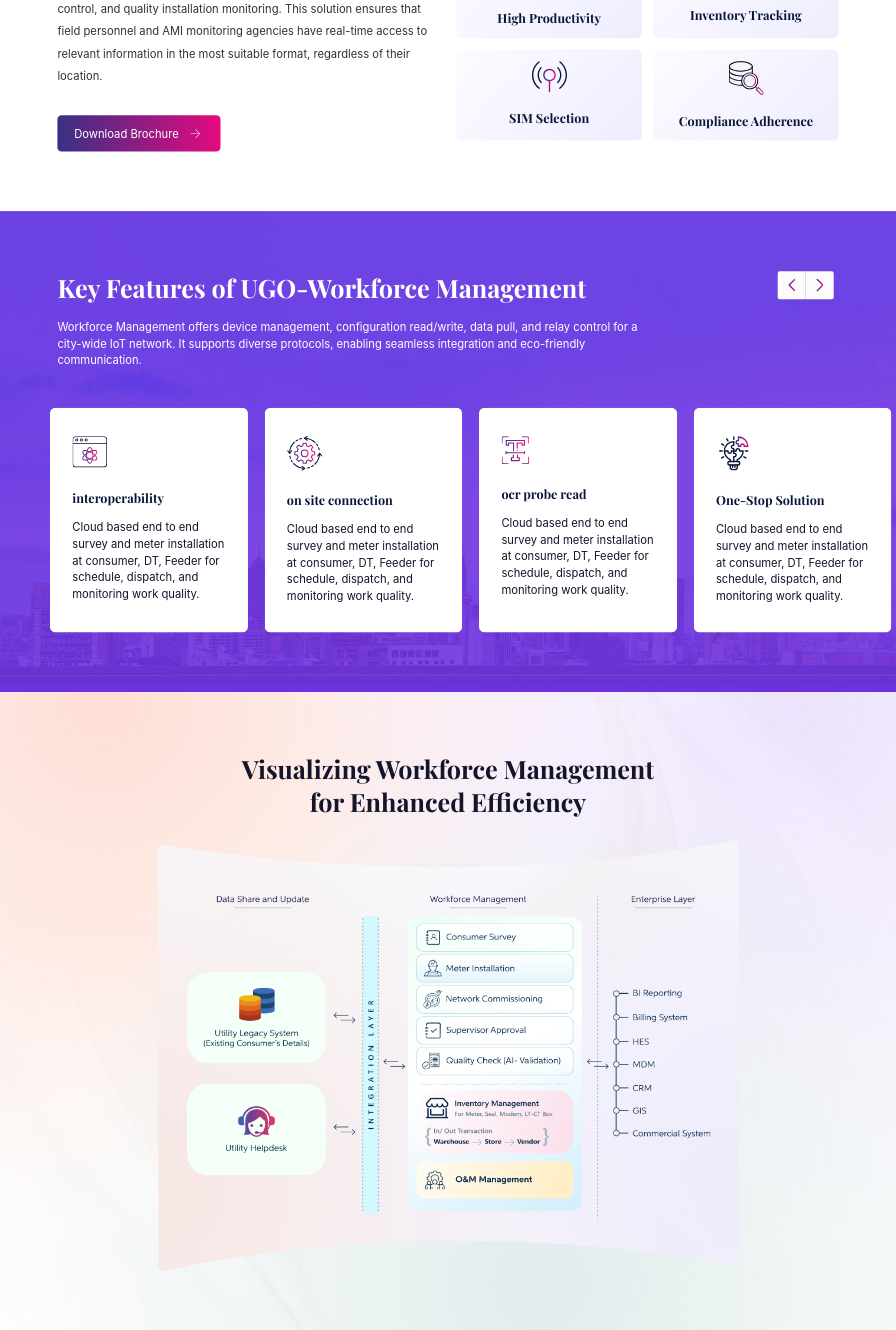
Repository: mangalravi/inventive
Page: WFM-Detail-Page.html
These files come from the project's save history. The page is drawn as it stood at one moment and after a run of saves; the edit follows.
The browser window is 1280 px wide. The pictures show the part of the page from y = 892 to 2812 px (the page is 2792 px tall before and 2812 px after), at 70% of full size.
Some web fonts or font styles are not loaded; a fallback is used. The style sheet was rebuilt from its Sass, Less or Tailwind sources for each picture, by a compiler version that may differ from the author's.

Above is the page before, as saved 2024-07-11 10:54:02.

After the next 2 saves:
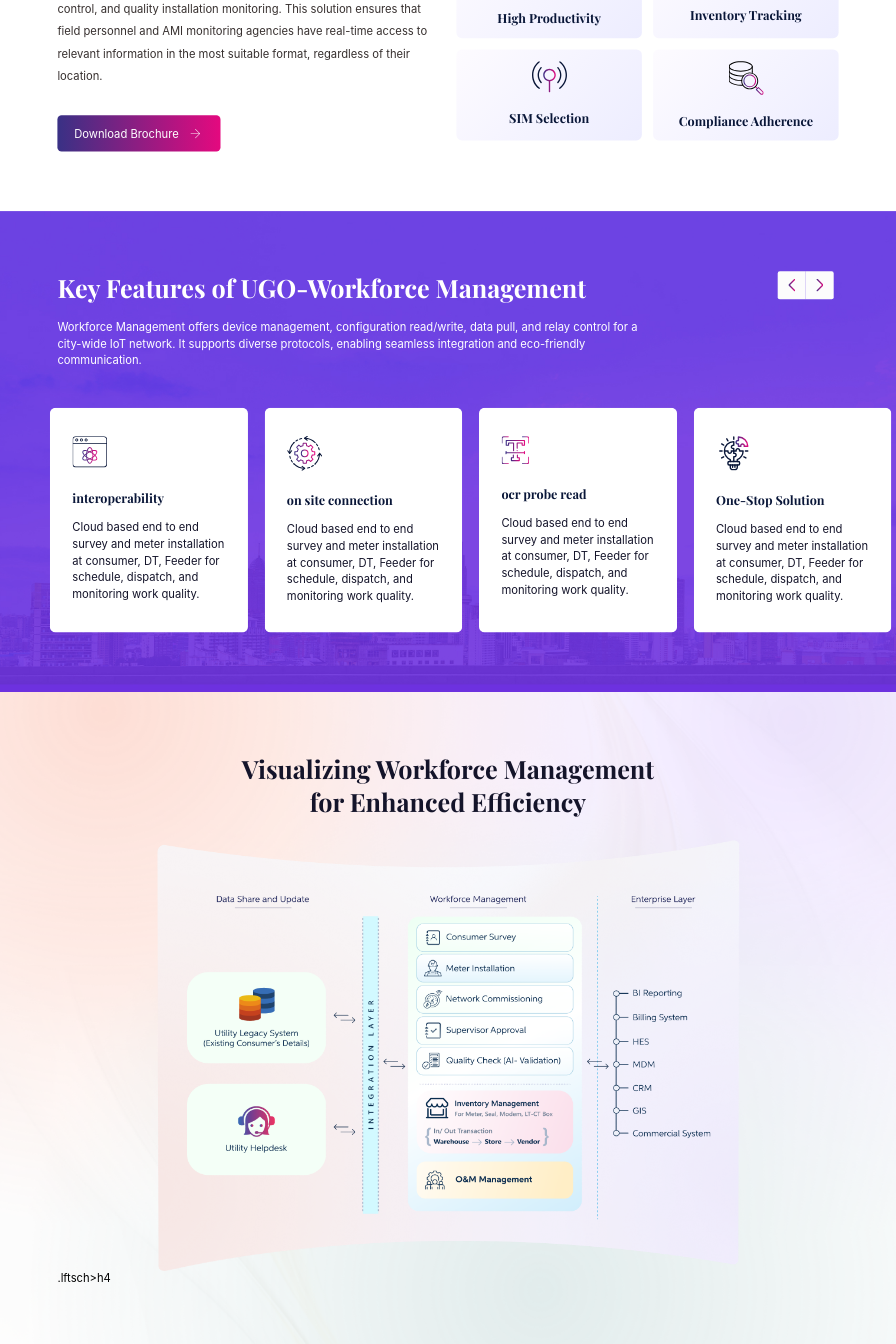
The 2 saves are shown as one change because they came seconds apart.
The last was saved 22 s later.
--- a/WFM-Detail-Page.html
+++ b/WFM-Detail-Page.html
@@ -502,7 +502,7 @@
             <div class="bgblu">
               <div class="row justify-content-center">
                 <div class="col-md-6">
-
+.lftsch>h4
             </div>
                 <div class="col-md-6">
 
